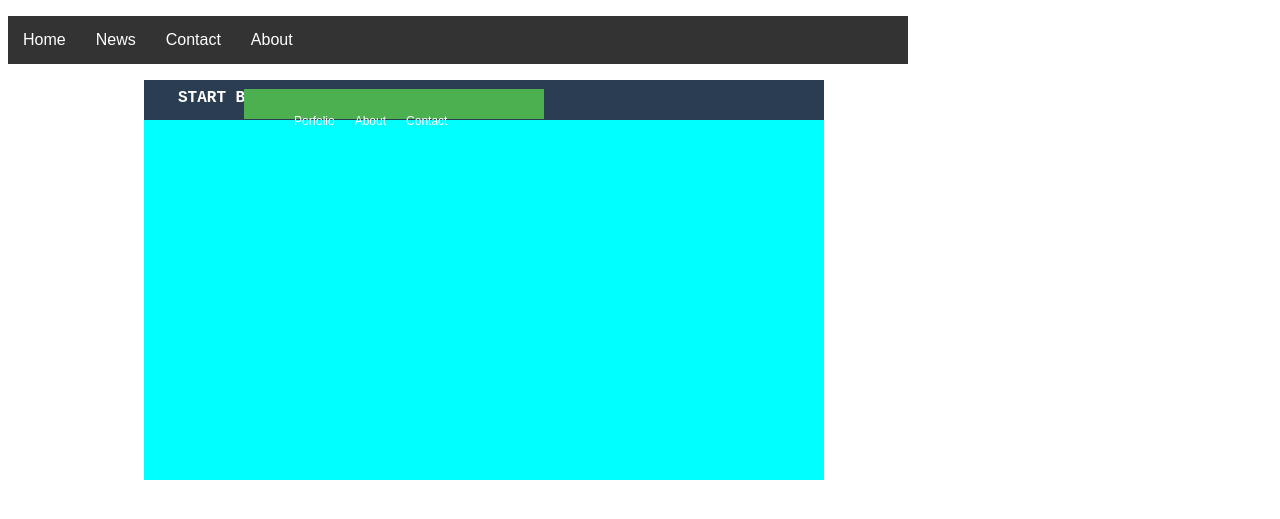
Repository: LongNguyen2504/T3H-FrondEnd
Page: Lesson3_CSS_HomeWork3.html
An editor plug-in stored every save of this project. The page is shown before and after the next save, followed by the edit.
The browser window is 1280 px wide. The pictures show the whole page.

Above is the page before, as saved 2021-12-01 22:50:12.

### Lesson3_CSS_HomeWork3.html
<!DOCTYPE html>
<html lang="en">
<head>
    <meta charset="UTF-8">
    <meta http-equiv="X-UA-Compatible" content="IE=edge">
    <meta name="viewport" content="width=device-width, initial-scale=1.0">
    <title>Document</title>
    <link rel="stylesheet" href="Lesson3_CSS_HomeWork3.css">
</head>
<body>
    <div class="ancestor-div">
        <div class="menu-div">
            <div class="menu-content">
                <ul class="ul-menu">
                    <li class="li-menu"><a class="a-menu" href="#1">Home</a></li>
                    <li class="li-menu"><a class="a-menu" href="#1">News</a></li>
                    <li class="li-menu"><a class="a-menu" href="#1">Contact</a></li>
                    <li class="li-menu"><a class="a-menu" href="#1">About</a></li>
                </ul>
            </div>
        </div>
        <div class="nested-div">
            <div class="menu-bootstrap">
                <div class="menu-bootstrap-content1">
                    START BOOTSTRAP
                </div>
                <div class="menu-bootstrap-content2">
                    <ul class="ul-menu">
                        <li class="li-menu"><a class="a-menu-2" href="#1">Porfolio</a></li>
                        <li class="li-menu"><a class="a-menu-2" href="#1">About</a></li>
                        <li class="li-menu"><a class="a-menu-2" href="#1">Contact</a></li>

                    </ul>
                </div>
            </div>
        </div>
    </div>
</body>
</html>

### Lesson3_CSS_HomeWork3.css
div.ancestor-div{
    width: 900px;
    height: 400px;
    font-family: Arial, Helvetica, sans-serif;
}
div.menu-div{
    height: 48px;
    background-color: #333333 ;
}
div.menu-content{
    position: relative;
    left: -40px;
    width: 800px;
    height: 48px;
}
div.nested-div{
    width: 680px;
    height: 400px;
    background-color: aqua;
    position: absolute;
    left: 144px;
    top: 80px;
}
div.menu-bootstrap{
    width: 680px;
    height: 40px;
    background-color: #2a3d51;
}
div.menu-bootstrap-content1{
    width: 200px;
    height: 30px;
    position: absolute;
    left: 6px;
    top: 9px;

    text-align: center;
    color: white;
    font-weight: bold;
    font-family: 'Courier New', Courier, monospace;
}
div.menu-bootstrap-content2{
    width: 300px;
    height: 30px;
    position: absolute;
    left: 100px;
    background-color: #4caf50;
    font-size: 15px;
    top: 9px;
}
ul.ul-menu{
    list-style-type: none;

}
.li-menu {
 float: left;
}
a.a-menu{
    display: inline-block;
    padding: 15px;
    color: white;
    text-decoration: none;
    text-align: center;

}
.a-menu:hover{
    background-color: #4caf50;
}
a.a-menu-2{
    display: inline-block;
    padding: 10px;
    text-align: center;
    color: white;
    text-decoration: none;
    font-size: 12px;
}

After the next save:
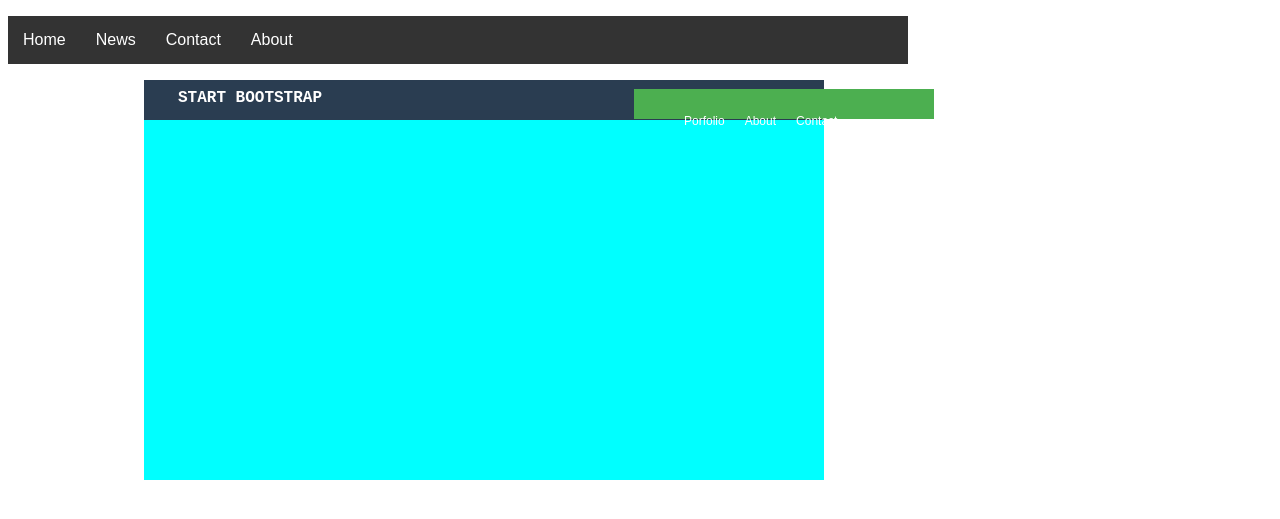
Saved 11 s later.
--- a/Lesson3_CSS_HomeWork3.css
+++ b/Lesson3_CSS_HomeWork3.css
@@ -42,7 +42,7 @@ div.menu-bootstrap-content2{
     width: 300px;
     height: 30px;
     position: absolute;
-    left: 100px;
+    left: 490px;
     background-color: #4caf50;
     font-size: 15px;
     top: 9px;
